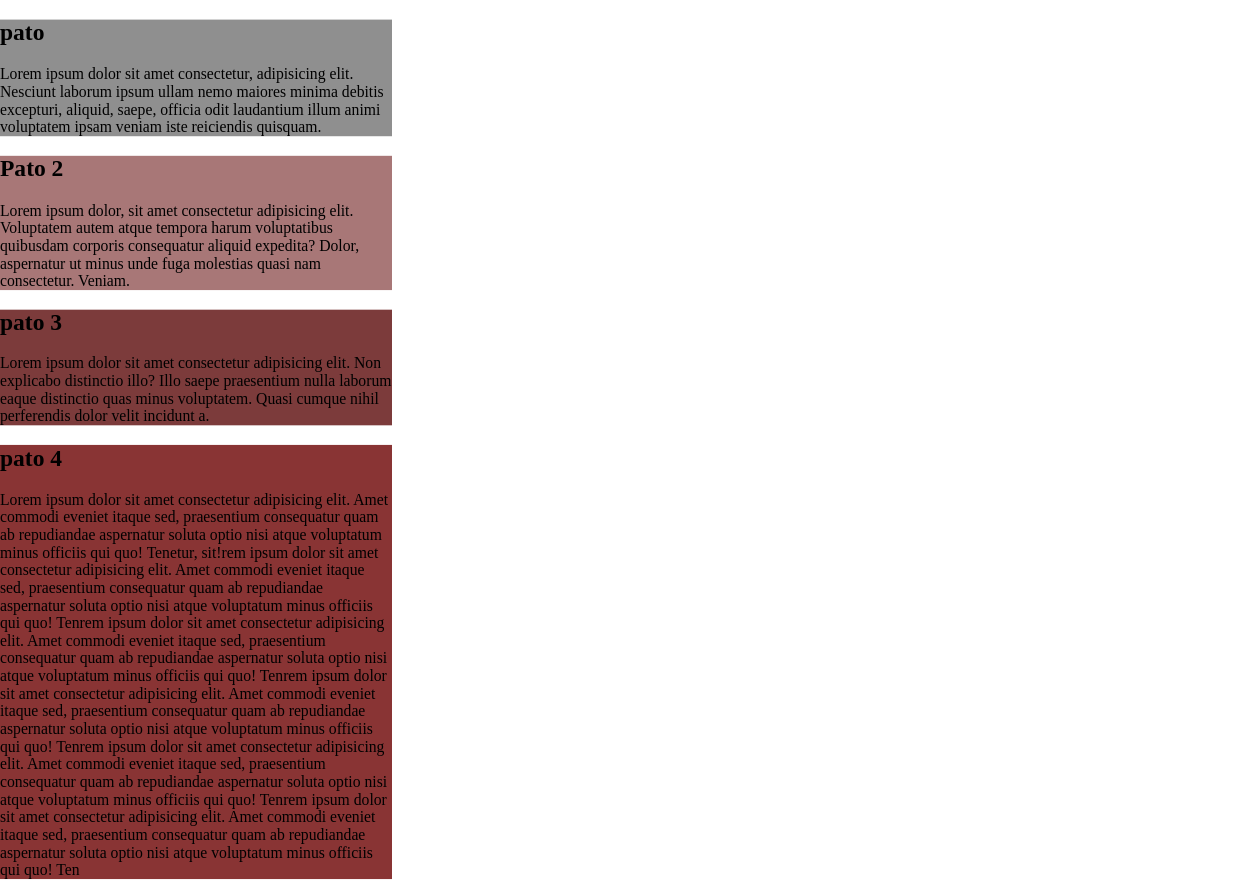
Repository: viviij/Fun-es-Simples-JavaScript
Page: index.html
An editor plug-in stored every save of this project. The page is shown before and after the next save, followed by the edit.
The browser window is 1280 px wide. The pictures show the whole page, at 98% of full size.

Above is the page before, as saved 2022-08-25 20:49:35.

### index.html
<!DOCTYPE html>
<html lang="ptBR">
  <head>
    <meta charset="UTF-8">
    <meta http-equiv="X-UA-Compatible" content="IE=edge">
    <meta name="viewport" content="width=device-width, initial-scale=1.0">
    <link rel="stylesheet" href="styles.css">
    <title>Prova C3C</title>
  </head>
  <body>
    <div class="container">
      <section class="questao_1">
        <h1>pato</h1>
        <p>Lorem ipsum dolor sit amet consectetur, adipisicing elit. Nesciunt laborum ipsum ullam nemo maiores minima debitis excepturi, aliquid, saepe, officia odit laudantium illum animi voluptatem ipsam veniam iste reiciendis quisquam.</p>
      </section>

      <section class="questao_2">
        <h1>Pato 2</h1>
        <p>Lorem ipsum dolor, sit amet consectetur adipisicing elit. Voluptatem autem atque tempora harum voluptatibus quibusdam corporis consequatur aliquid expedita? Dolor, aspernatur ut minus unde fuga molestias quasi nam consectetur. Veniam.</p>
      </section>

      <section class="questao_3">
        <h1>pato 3</h1>
        <p>Lorem ipsum dolor sit amet consectetur adipisicing elit. Non explicabo distinctio illo? Illo saepe praesentium nulla laborum eaque distinctio quas minus voluptatem. Quasi cumque nihil perferendis dolor velit incidunt a.</p>
      </section>

      <section class="questao_4">
        <h1>pato 4</h1>
        <p>Lorem ipsum dolor sit amet consectetur adipisicing elit. Amet commodi eveniet itaque sed, praesentium consequatur quam ab repudiandae aspernatur soluta optio nisi atque voluptatum minus officiis qui quo! Tenetur, sit!rem ipsum dolor sit amet consectetur adipisicing elit. Amet commodi eveniet itaque sed, praesentium consequatur quam ab repudiandae aspernatur soluta optio nisi atque voluptatum minus officiis qui quo! Tenrem ipsum dolor sit amet consectetur adipisicing elit. Amet commodi eveniet itaque sed, praesentium consequatur quam ab repudiandae aspernatur soluta optio nisi atque voluptatum minus officiis qui quo! Tenrem ipsum dolor sit amet consectetur adipisicing elit. Amet commodi eveniet itaque sed, praesentium consequatur quam ab repudiandae aspernatur soluta optio nisi atque voluptatum minus officiis qui quo! Tenrem ipsum dolor sit amet consectetur adipisicing elit. Amet commodi eveniet itaque sed, praesentium consequatur quam ab repudiandae aspernatur soluta optio nisi atque voluptatum minus officiis qui quo! Tenrem ipsum dolor sit amet consectetur adipisicing elit. Amet commodi eveniet itaque sed, praesentium consequatur quam ab repudiandae aspernatur soluta optio nisi atque voluptatum minus officiis qui quo! Ten</p>
      </section>
    </div>
    <script src="Prova_Segunda_Etapa_C3C.js"></script>
  </body>
</html>

### styles.css
body {
  margin: 0;
  padding: 0;
  box-sizing: border-box;
}

.container section {
  max-height: auto;
  max-width: 400px;
}

.container .questao_1 {
  background: #8f8f8f;
}

.container .questao_2 {
  background: #a87777
}

.container .questao_3 {
  background: #7c3b3b
}

.container .questao_4 {
  background: #893434
}

Loaded but not shown: Prova_Segunda_Etapa_C3C.js (no stored copy; drawn as an empty file)

After the next save:
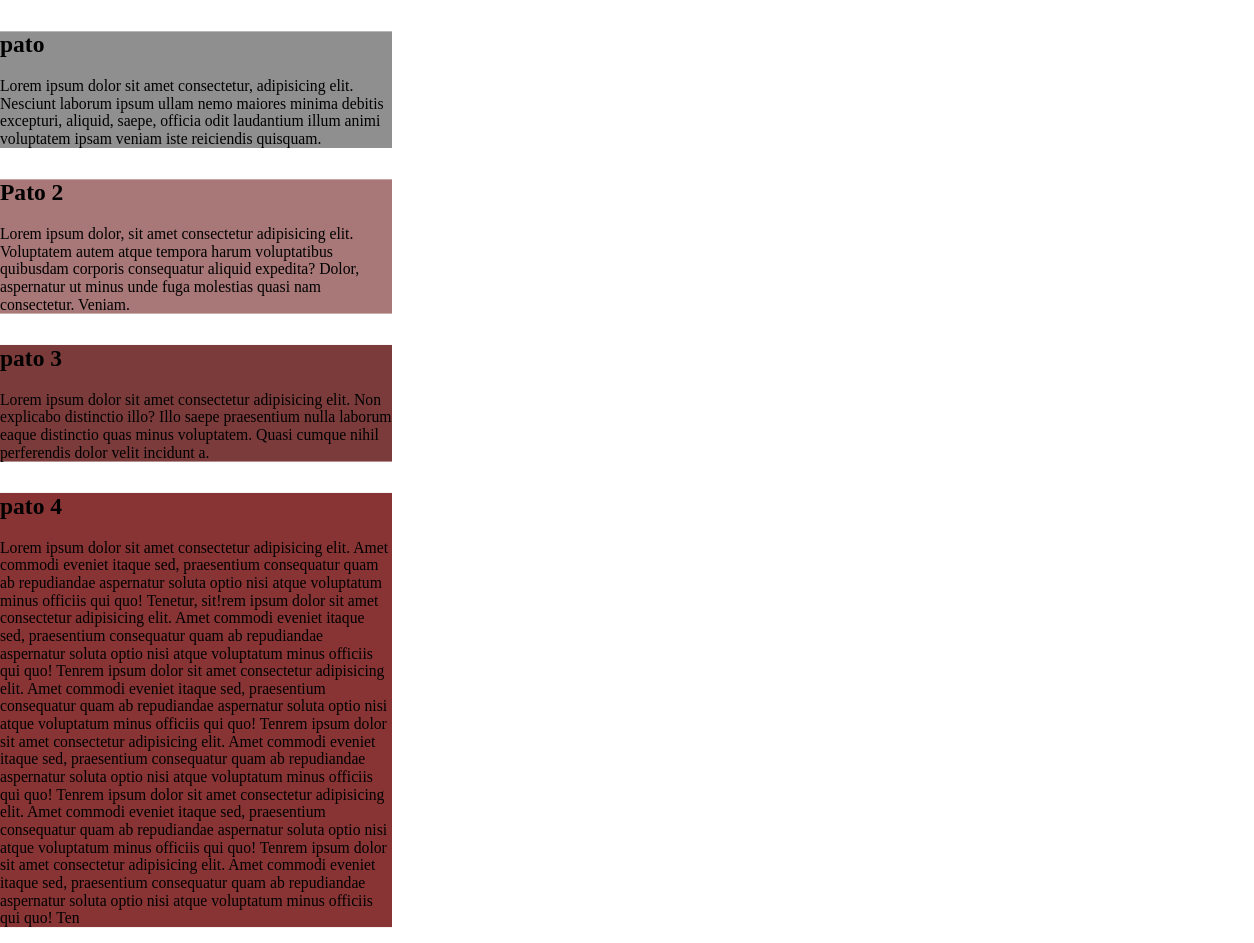
Saved 41 s later.
--- a/styles.css
+++ b/styles.css
@@ -7,6 +7,10 @@
 .container section {
   max-height: auto;
   max-width: 400px;
+}
+
+section {
+  margin-top: 2rem;
 }
 
 .container .questao_1 {
